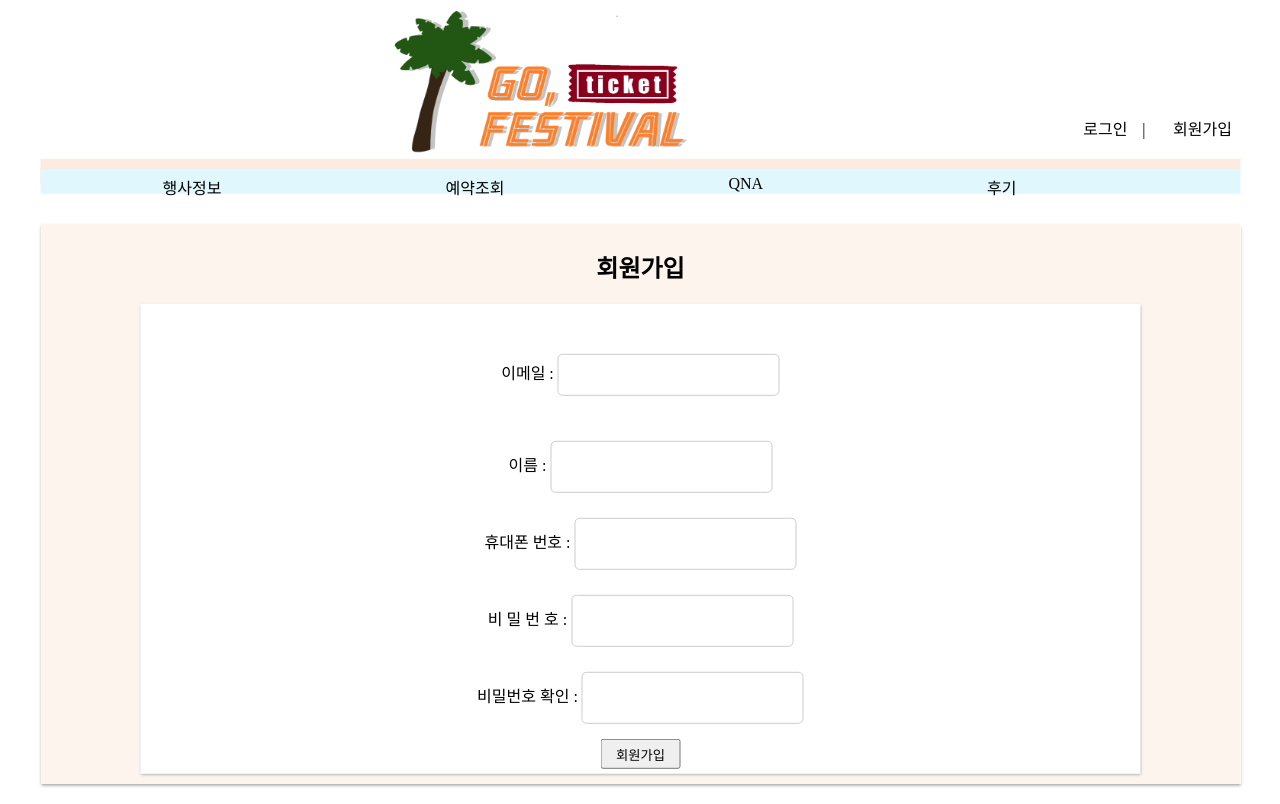
Repository: Changgyu1/Chang_Gu
Page: http://localhost/Project/register.jsp
An editor plug-in stored every save of this project. The page is shown before and after the next save, followed by the edit.
The browser window is 1280 px wide. The pictures show the whole page.
Some web fonts or font styles are not loaded; a fallback is used. The page is served by Tomcat 9. Other server files are loaded and not shown.

Above is the page before, as saved 2023-11-14 03:46:48.

### Project/src/main/webapp/register.jsp
<%@ page language="java" contentType="text/html; charset=UTF-8"
	pageEncoding="UTF-8"%>
	<%@ page import = "register.event.registerDAO" %>
	<%@ page import = "register.event.registerDTO" %>
	<%@ page import = "java.io.PrintWriter" %>
<!DOCTYPE html>
<html lang="UTF-8">
<head>
    <meta charset="UTF-8">
    <meta name="viewport" content="width=device-width, initial-scale=1.0">
    <title>예약</title>
    <link rel="stylesheet" type="text/css" href="./hjCss/main.css">
<link rel="stylesheet" type="text/css" href="./hjCss/reservationSearch.css">
</head>
<body>
<div id="wrapper">
    <!--로고이미지-->
    <img src="./image/로고1.png" id="logo">
    <!--로그인 버튼-->
    <div style="text-align: right; width: 1215px;">
    <%
    	if(session.getAttribute("email")!=null){
    %>
	 	<button type="button" onclick="location.href='logout.jsp'" style="width:75px;">로그아웃</button>
	 	 <h>|</h>
	    <button type="button" onclick="location.href='mypageServlet?email=<%=session.getAttribute("email")%>'" style="width:100px;">마이페이지</button>
	 <%
    	}else{
	 %>
		 <button type="button" onclick="location.href='login.jsp'" style="width:60px;">로그인</button>
		 <h>|</h>
	    <button type="button" onclick="location.href='join.jsp'" style="width:100px;">회원가입</button>
	  <%
    	}
	  %>

	</div>

<!-- 메뉴바 -->
  <div id="buttons">
		<ul>
			<li onclick="location.href='review_list.jsp'">후기</li>
			<li onclick="location.href='Qna_List.jsp'">QNA</li>
			<li onclick="location.href='reservation_search.jsp'">예약조회</li>
			<li onclick="location.href='Event_List.jsp'">행사정보</li>
		</ul>
	</div>
	<!-- 가운데 가장 큰 박스 -->
	<div id="background">

		<h2 style="padding-top:15px">회원가입</h2>
		<!-- 안에 글넣는 하얀 박스-->
		<div id="reviewbox">
           <!-- 회원가입 -->
           			<form action="register" method="post" onsubmit="return Check()">
				<label for="email">이메일 : </label>
				 <input type="email" id="email" name="email" style="margin-top: 30px; width: 200px; height: 20px;" required>
					<br>
					<label for="name">이름 : </label>
					<input type="text" id="name" name="name" style="margin-top: 30px;
					width: 200px; height: 30px;" required><br>

					<label for="phonenumber">휴대폰 번호 : </label>
					<input type="text" id="phonenumber" name="phonenumber" style="margin-top: 10px;
					width: 200px; height: 30px;" required><br>

					<label for="password">비 밀 번 호 : </label>
					<input type="password" id="password" name="password" style="margin-top: 10px;
					width: 200px; height: 30px;" required><br>

					<label for="passwordcheck">비밀번호 확인 : </label>
					<input type="password" id="passwordcheck" name="passwordcheck" style="margin-top: 10px;
					width: 200px; height: 30px;" required><br>

					<input type="submit" onclick="Check()" value="회원가입" style="width: 80px; height: 30px;">
			</form>
        </div>
	 </div>

</div>
</body>
</html>

### Project/src/main/webapp/hjCss/main.css
@font-face {
    font-family: 'NanumSquareNeo-Variable';
    src: url('https://cdn.jsdelivr.net/gh/projectnoonnu/noonfonts_11-01@1.0/NanumSquareNeo-Variable.woff2') format('woff2');
    font-weight: normal;
    font-style: normal;
}

    *{
    font-family: 'NanumSquareNeo-Variable';
    }

     body{
 	   	 position: absolute;
            padding: 20px;
            top: 50%;
            left: 50%;
            transform: translate(-50%, -50%);
    }



    #logo{
        width:300px;
        margin-left:350px;
        margin-bottom:-56px;
        margin-top:50px;
    }


       #searchbox{
     margin-right:100px;
        }


    #buttons{
        background:rgba(150, 230, 248, 0.295);
        height: 25px;
        width: 1200px;
        box-shadow: 0px -10px 0px rgba(249, 220, 201, 0.575);
        margin-top: 25px;

    }

    button{
        border:none;
        background:none;
        margin: 3px;
        font-size: 16px;
        width: 250px;

    }

    #background{
        background-color:rgba(249, 220, 201, 0.326);
        width: 1200px;
        height: 550px;
        margin-top: 30px;

        box-shadow: 0px 2px 3px rgb(161, 160, 159);
        padding-top:10px;

    }



    #reviewbox{

    	padding-top:20px;
    	max-width: 1000px;
        height: 450px;
        margin-left:auto;
        margin-right:auto;
        background-color: #ffffff;
        text-align:center;
        box-shadow: 0px 1px 3px rgb(161, 160, 159);
        margin-top : 20px;


    }


    #review{
    margin:10px;
    width:700px;
    height:250px;

    }

    #review_title{
    margin:10px;
     width:700px;
    height:30px;

    }



    h2{
    font-family: 'NanumSquareNeo-Variable';
 	margin-top:0px;
    text-align: center;
    }


    #list{

            background-color: rgba(149, 150, 149, 0.055);
            border: 1px solid gray;
            border-collapse: collapse;
            padding: 10px;
            width:900px;
            text-align: center;
            margin-left:auto;
   			margin-right:auto;

        }


        th{

            background-color: rgba(161, 161, 161, 0.377);

        }

        th,td{

            border: 1px solid gray;
            padding: 10px;
        }

        #textbox{
        margin-right:100px;
        }

ul{
	list-style:none;
}

### Project/src/main/webapp/hjCss/reservationSearch.css


/* 입력 필드 스타일 */
input[type="text"],
input[type="email"],
 input[type="password"]{
    width: 30%;
    padding: 10px;
    margin-bottom: 15px;
    border: 1px solid #ccc;
    border-radius: 5px;
}


li{
		float:right;
		margin: 6px 224px 0px 0;
}


div#r_search {
    margin-top: 123px;
}

li#info{
	list-style:none;

}

After the next save:
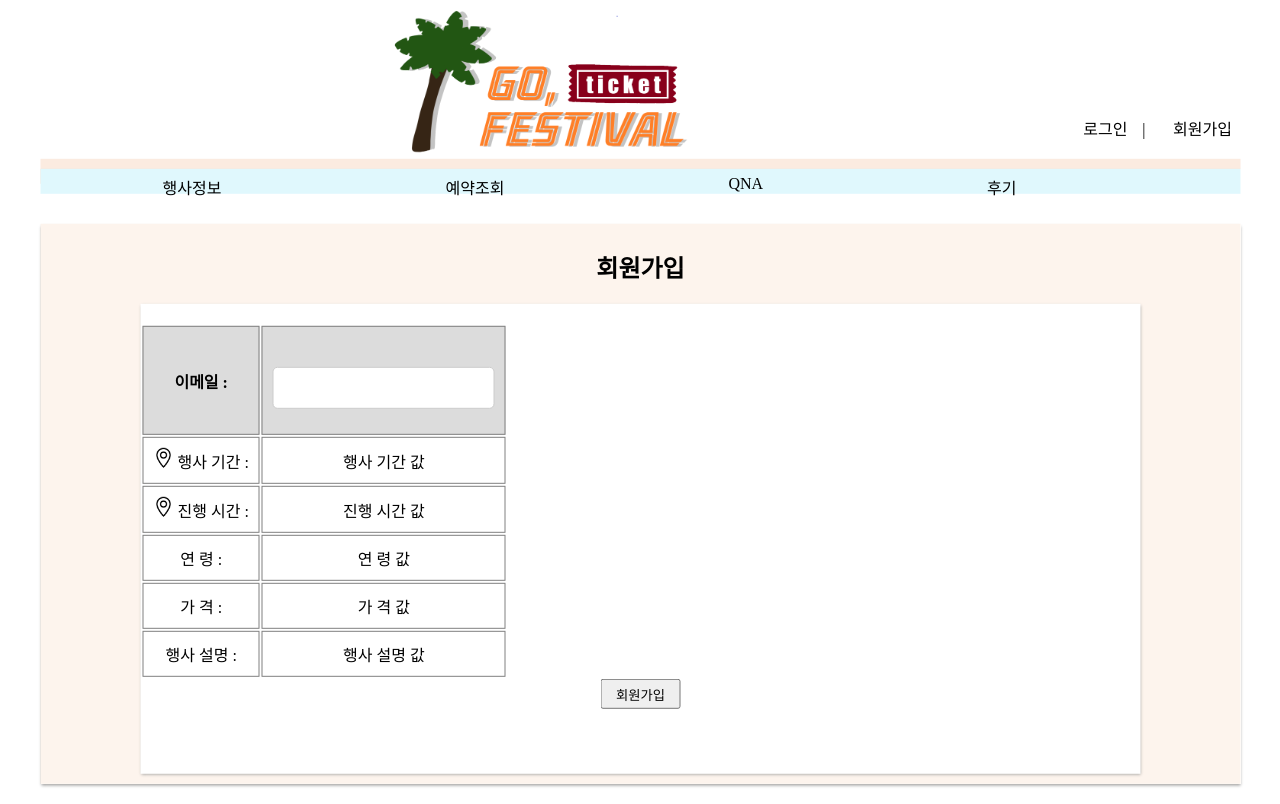
Saved 3 min 52 s later.
--- a/Project/src/main/webapp/register.jsp
+++ b/Project/src/main/webapp/register.jsp
@@ -53,25 +53,36 @@
 		<div id="reviewbox">
            <!-- 회원가입 -->
            			<form action="register" method="post" onsubmit="return Check()">
-				<label for="email">이메일 : </label>
-				 <input type="email" id="email" name="email" style="margin-top: 30px; width: 200px; height: 20px;" required>
-					<br>
-					<label for="name">이름 : </label>
-					<input type="text" id="name" name="name" style="margin-top: 30px;
-					width: 200px; height: 30px;" required><br>
-
-					<label for="phonenumber">휴대폰 번호 : </label>
-					<input type="text" id="phonenumber" name="phonenumber" style="margin-top: 10px;
-					width: 200px; height: 30px;" required><br>
-
-					<label for="password">비 밀 번 호 : </label>
-					<input type="password" id="password" name="password" style="margin-top: 10px;
-					width: 200px; height: 30px;" required><br>
-
-					<label for="passwordcheck">비밀번호 확인 : </label>
-					<input type="password" id="passwordcheck" name="passwordcheck" style="margin-top: 10px;
-					width: 200px; height: 30px;" required><br>
-
+           								<table class="sese2">
+						<thead>
+							<tr>
+								<th class="jb-th-1"> 이메일 :</th>
+								<th><input type="email" id="email" name="email" style="margin-top: 30px; width: 200px; height: 20px;" required></th>
+							</tr>
+						</thead>
+						<tbody>
+							<tr>
+								<td> <img src="지도아이콘.png" style="width: 20px; height: 20px;" > 행사 기간 :</td>
+								<td>행사 기간 값</td>
+							  </tr>
+							  <tr>
+								<td> <img src="지도아이콘.png" style="width: 20px; height: 20px;" > 진행 시간 :</td>
+								<td>진행 시간 값</td>
+							  </tr>
+							  <tr>
+								<td>연 령 :</td>
+								<td>연 령 값</td>
+							  </tr>
+							  <tr>
+								<td>가 격 :</td>
+								<td>가 격 값</td>
+							  </tr>
+							  <tr>
+								<td>행사 설명 :</td>
+								<td>행사 설명 값</td>
+							  </tr>
+						</tbody>
+					</table>
 					<input type="submit" onclick="Check()" value="회원가입" style="width: 80px; height: 30px;">
 			</form>
         </div>
